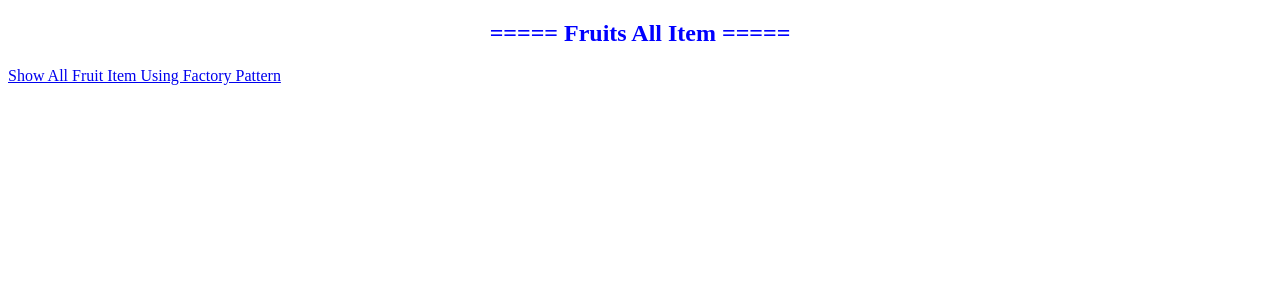
Repository: BaekDoHyeon/Kosta_04_FrontStudy
Page: http://localhost/workshop11/
These files come from the project's save history. The page is drawn as it stood at one moment and after a run of saves; the edit follows.
The browser window is 1280 px wide. The pictures show the whole page.
The page is served by Tomcat 9.

Above is the page before, as saved 2024-09-05 07:21:46.

After the next 3 saves:
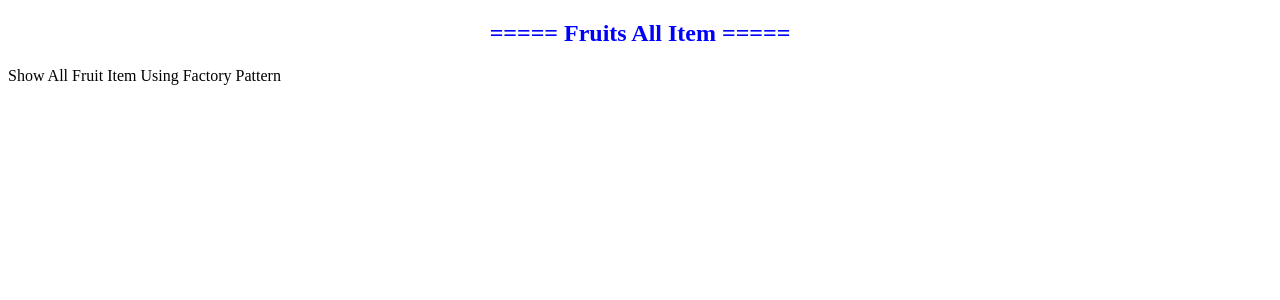
The 3 saves are shown as one change because they came seconds apart.
The last was saved 8 s later.
--- a/work05_BackEnd/workshop11/src/main/webapp/index.jsp
+++ b/work05_BackEnd/workshop11/src/main/webapp/index.jsp
@@ -11,6 +11,6 @@
 </head>
 <body>
 <h2 align="center" style="color: blue;">===== Fruits All Item =====</h2>
-<div><a href="allFruit.do">Show All Fruit Item Using Factory Pattern</a></div>
+<div><a align="center href="allFruit.do">Show All Fruit Item Using Factory Pattern</a></div>
 </body>
 </html>

After the 2 saves that followed:
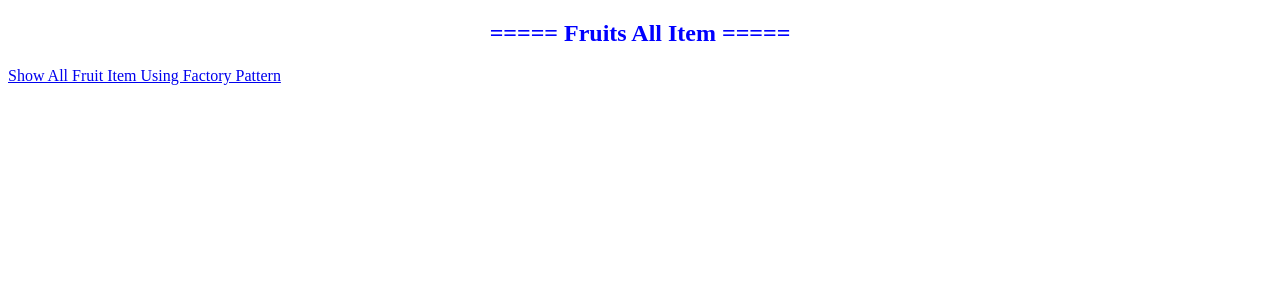
The 2 saves are shown as one change because they came seconds apart.
The last was saved 9 s later.
--- a/work05_BackEnd/workshop11/src/main/webapp/index.jsp
+++ b/work05_BackEnd/workshop11/src/main/webapp/index.jsp
@@ -11,6 +11,6 @@
 </head>
 <body>
 <h2 align="center" style="color: blue;">===== Fruits All Item =====</h2>
-<div><a align="center href="allFruit.do">Show All Fruit Item Using Factory Pattern</a></div>
+<div><a href="allFruit.do">Show All Fruit Item Using Factory Pattern</a></div>
 </body>
 </html>
